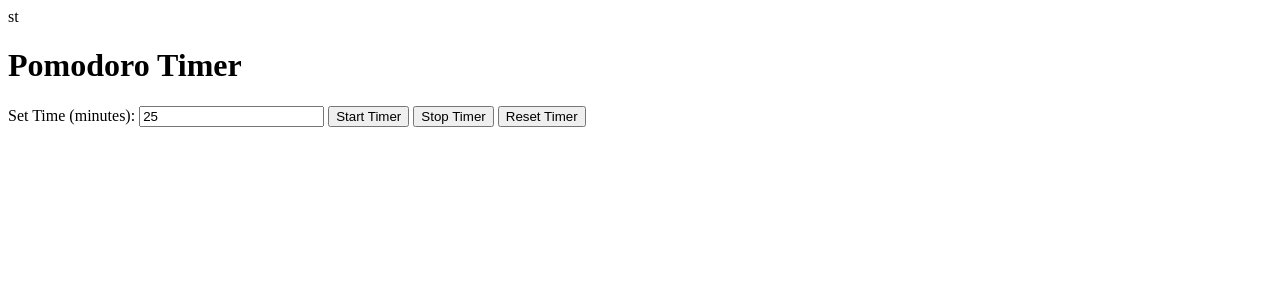
Repository: Prateek09102001/POMODORO-TIMER-UPDATEED-EXTENSIONS
Page: popup.html
These files come from the project's save history. The page is drawn as it stood at one moment and after the next save; the edit follows.
The browser window is 1280 px wide. The pictures show the whole page.

Above is the page before, as saved 2024-09-30 18:54:30.

After the next save:
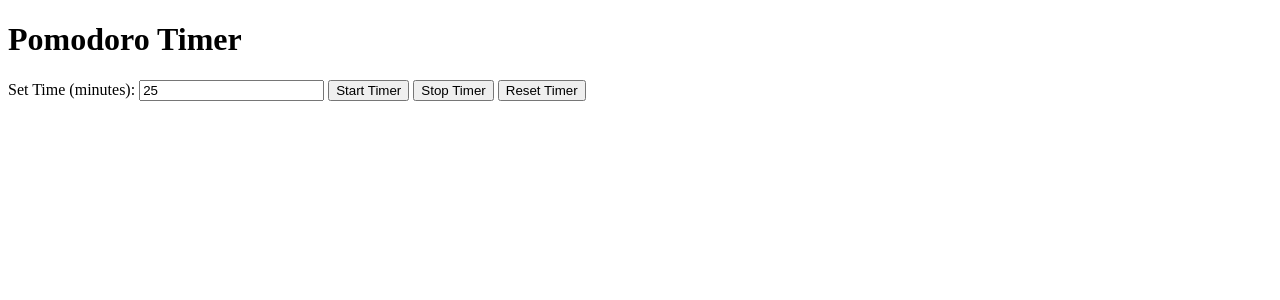
Saved 5 s later.
--- a/popup.html
+++ b/popup.html
@@ -4,7 +4,7 @@
     <meta charset="UTF-8">
     <meta name="viewport" content="width=device-width, initial-scale=1.0">
     <title>Pomodoro Timer</title>
-    st
+    <style></style>
 </head>
 <body>
     <h1>Pomodoro Timer</h1>
